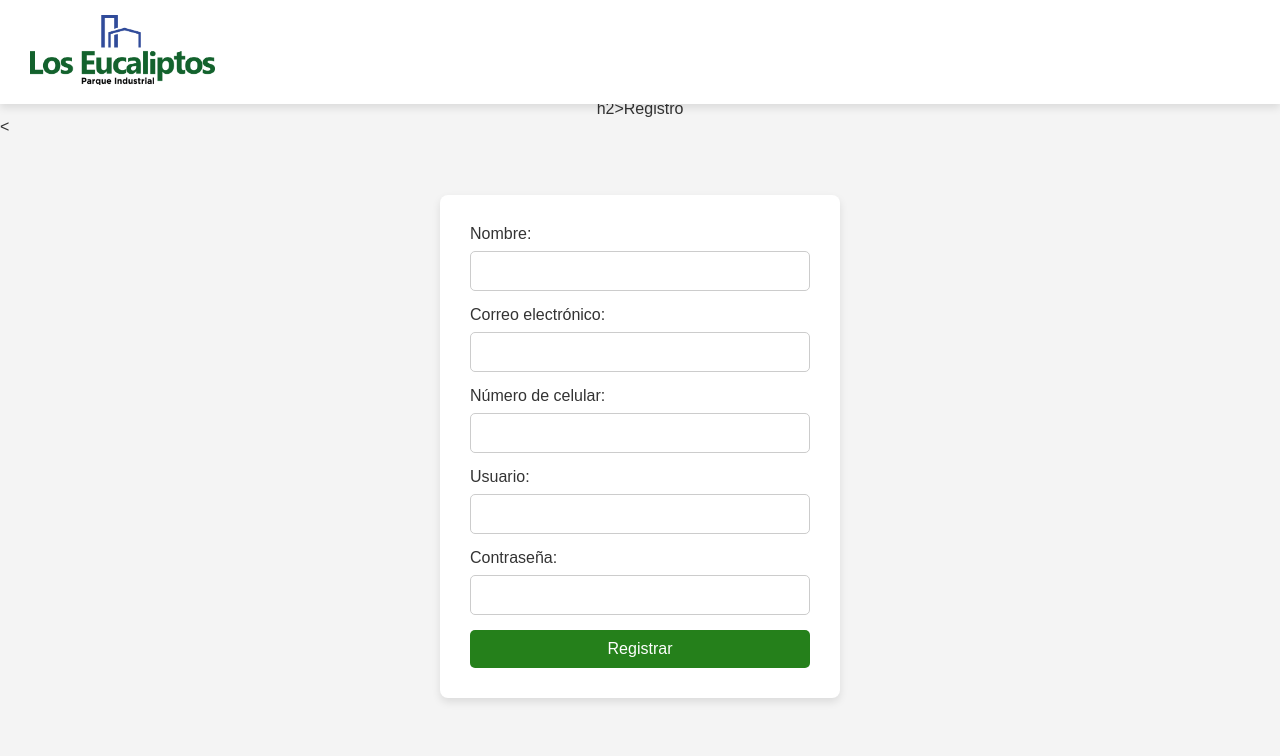
Repository: Los-Eucaliptos-WebApp/Los-Eucaliptos-FrontEnd
Page: pages/los-eucaliptos-register/index.html
An editor plug-in stored every save of this project. The page is shown before and after the next save, followed by the edit.
The browser window is 1280 px wide. The pictures show the whole page.

Above is the page before, as saved 2025-02-17 06:04:22.

After the next save:
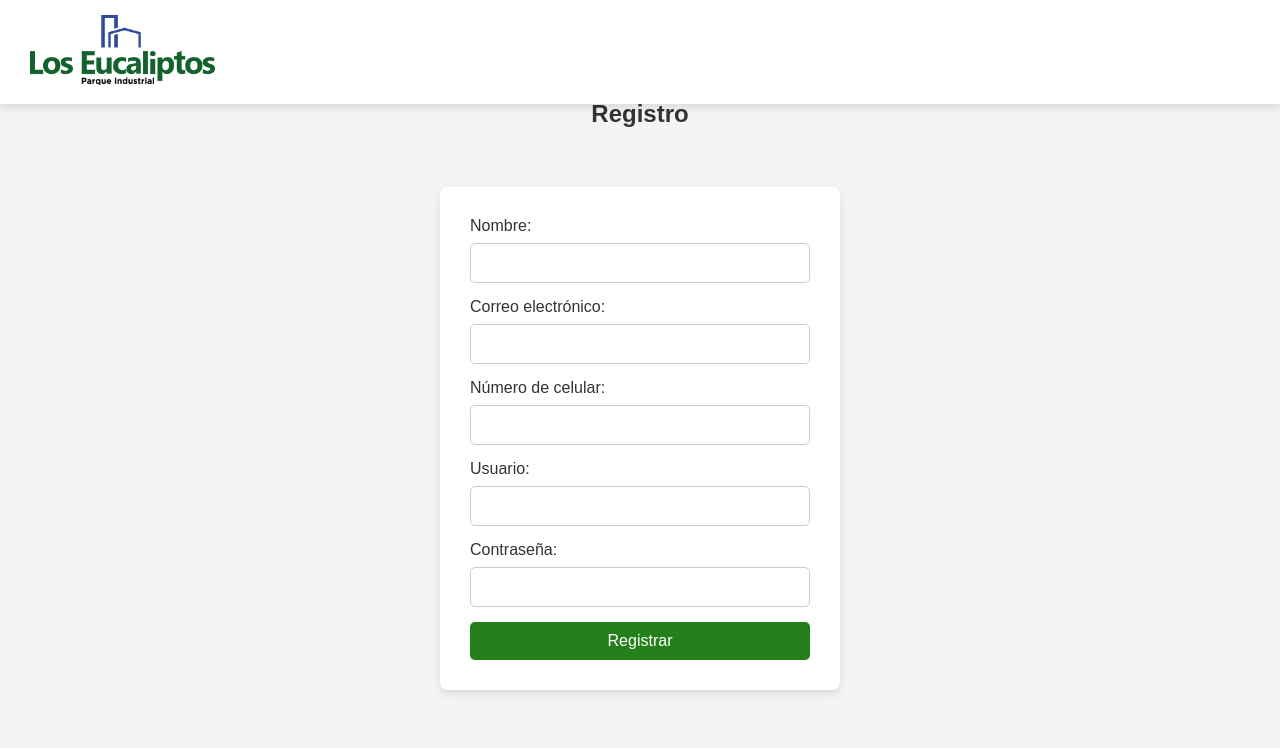
Saved 21 s later.
--- a/pages/los-eucaliptos-register/index.html
+++ b/pages/los-eucaliptos-register/index.html
@@ -15,7 +15,7 @@
             <img src="/assets/logo-los-eucaliptos.png" alt="Los Eucaliptos Logo">
         </div>
     </header>
-    <center>h2>Registro</h2></center> <
+    <center><h2>Registro</h2></center>
   <div class="container-register">
     <div class="register-box">
 
